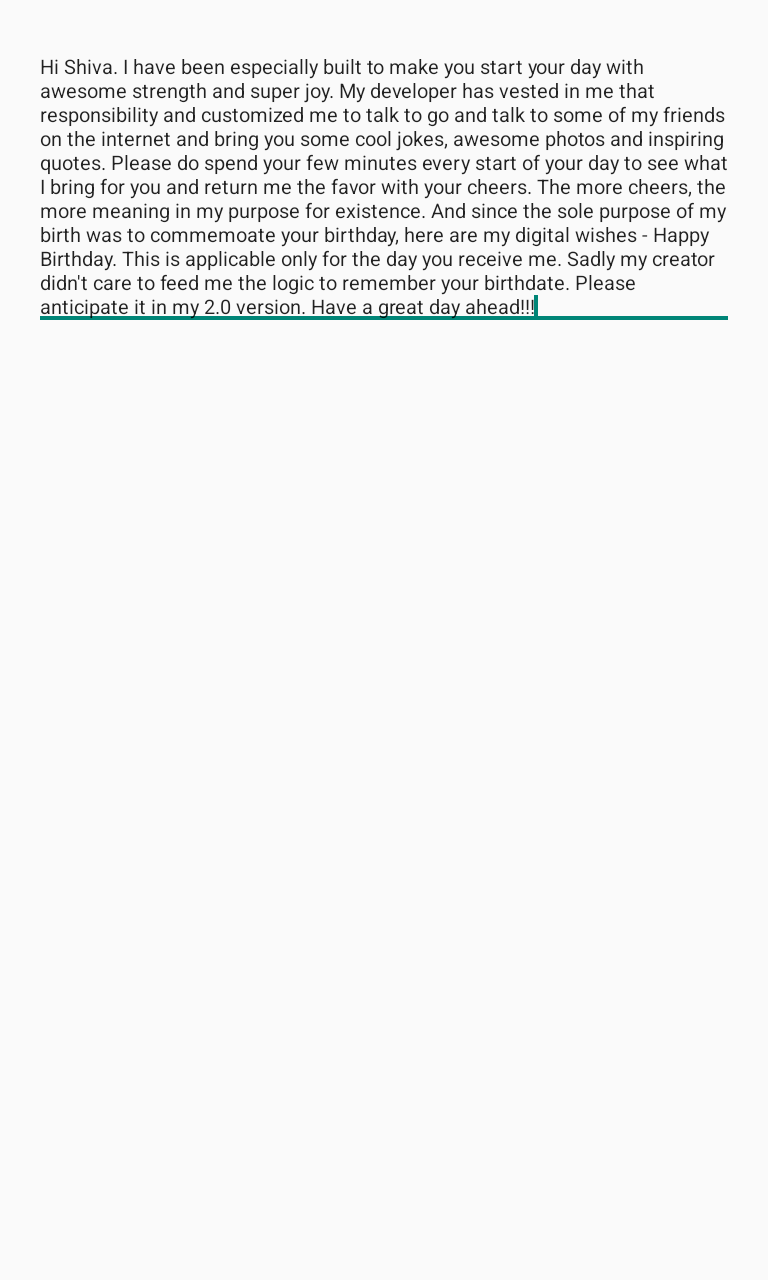
Repository: gitvas/FewMinutesEveryday
Layout: WorkspaceOne/FewMinutesEveryday/res/layout/activity_main.xml
The author's editor kept a copy of each file at every save. The layout is drawn from the files as they stood at one save, then again after the next save.
It is drawn on a 768 x 1280 px phone screen (xhdpi) without system bars, with theme AppTheme; the app's code is not run.

Above is the layout before, as saved 2014-08-18 16:14:53.

After the next save:
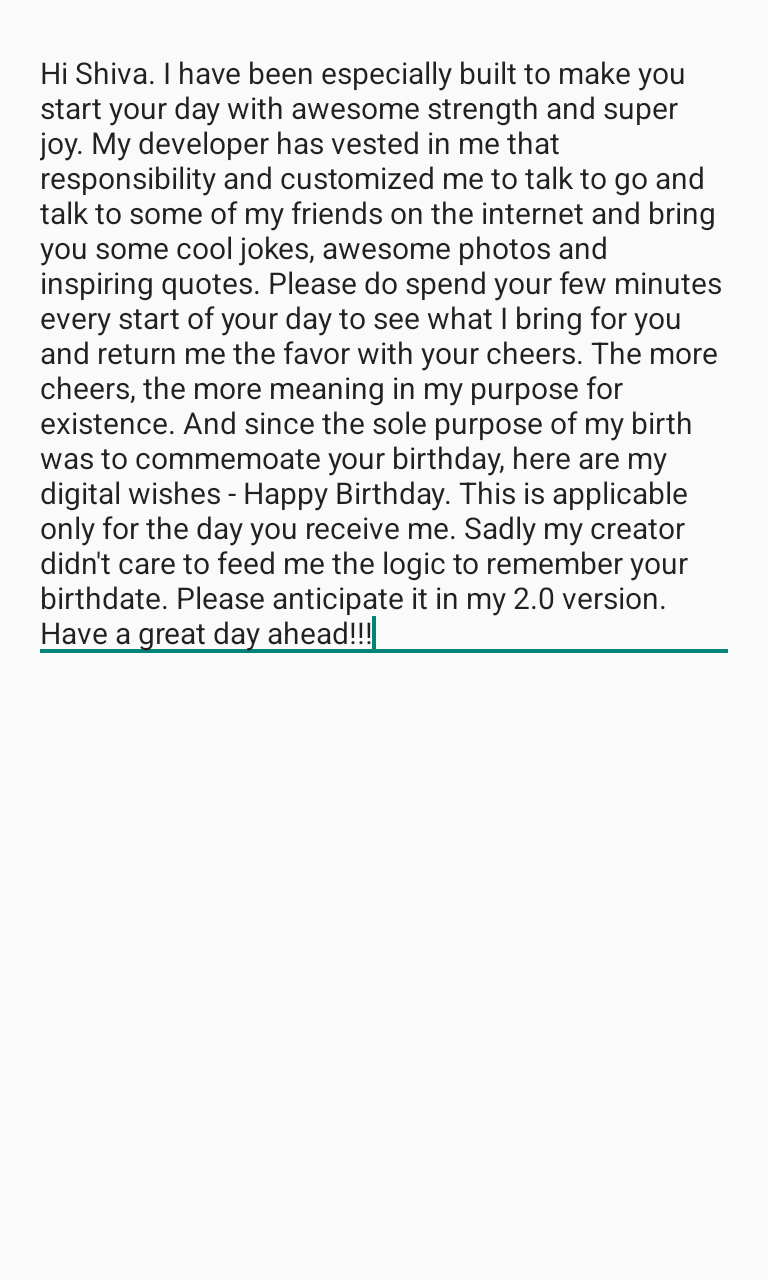
Saved 9 s later.
--- a/WorkspaceOne/FewMinutesEveryday/res/layout/activity_main.xml
+++ b/WorkspaceOne/FewMinutesEveryday/res/layout/activity_main.xml
@@ -13,7 +13,7 @@
         android:layout_width="fill_parent"
         android:layout_height="wrap_content"
         android:layout_centerHorizontal="true"
-        android:textSize="10sp"
+        android:textSize="15sp"
         android:ems="10"
         android:inputType="textMultiLine"
         android:text="@string/intro_text" >
